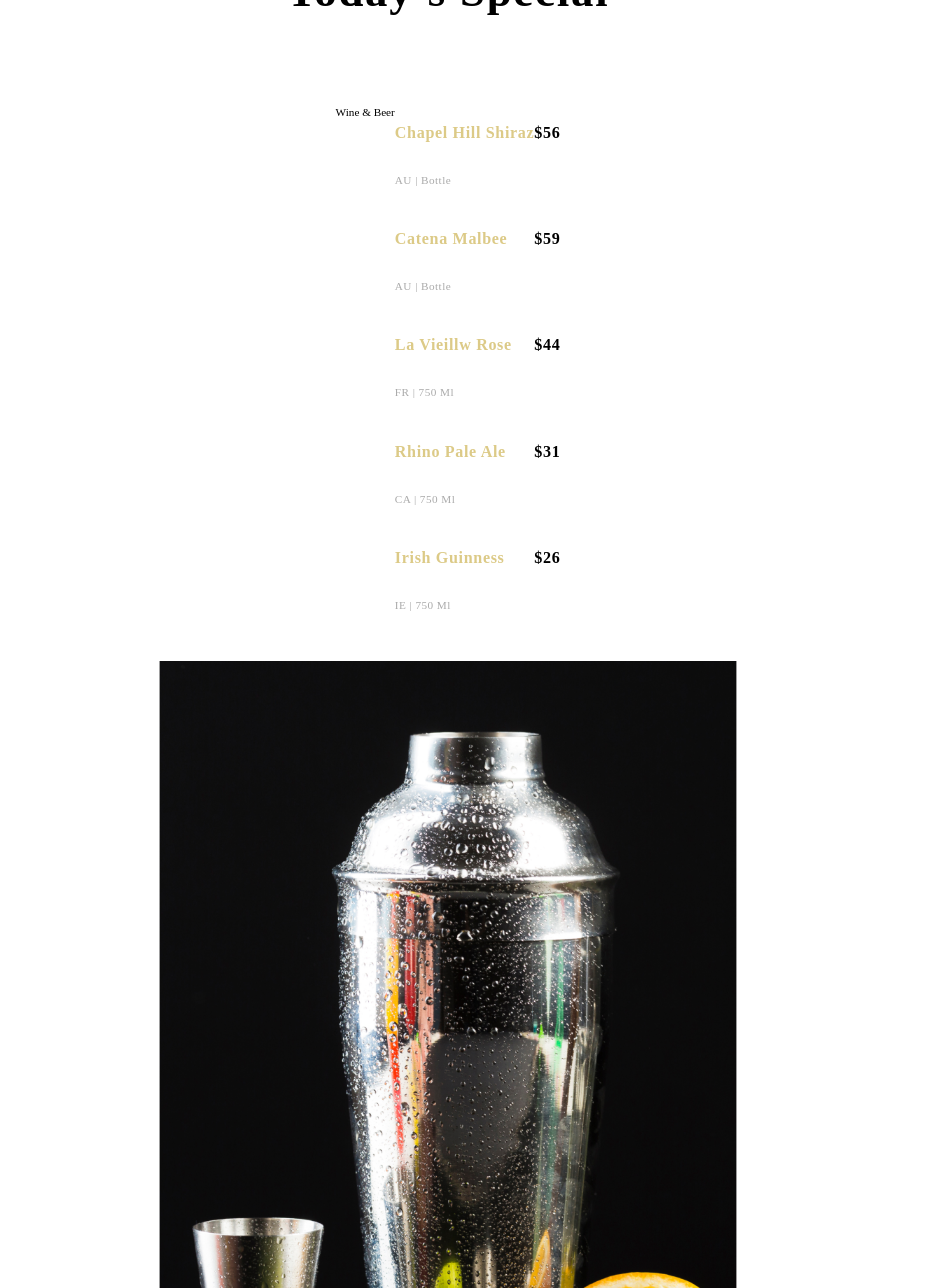
Repository: remydev47/restaurant
Page: /
An editor plug-in stored every save of this project. The page is shown before and after the next save, followed by the edit.
The browser window is 1280 px wide. The page is 1336 px wide, so the pictures cover 1336 px, including what lies to the right of the window. The pictures show the part of the page from y = 2643 to 4483 px (the page is 5930 px tall before and 5961 px after), at 70% of full size.
Backgrounds fixed to the window are drawn as part of the page. The project was rebuilt for these pictures with package versions that can differ from the ones it lists, and the page was loaded fresh each time. Also part of the build but not shown: src/container/Chef/Chef.css, src/components/Footer/Newsletter.jsx, src/components/Footer/FooterOverlay.jsx. Imported but missing from the stored project, and not drawn on this page: src/assets/meal.mp4.

Above is the page before, as saved 2022-03-16 08:11:01.

After the next save:
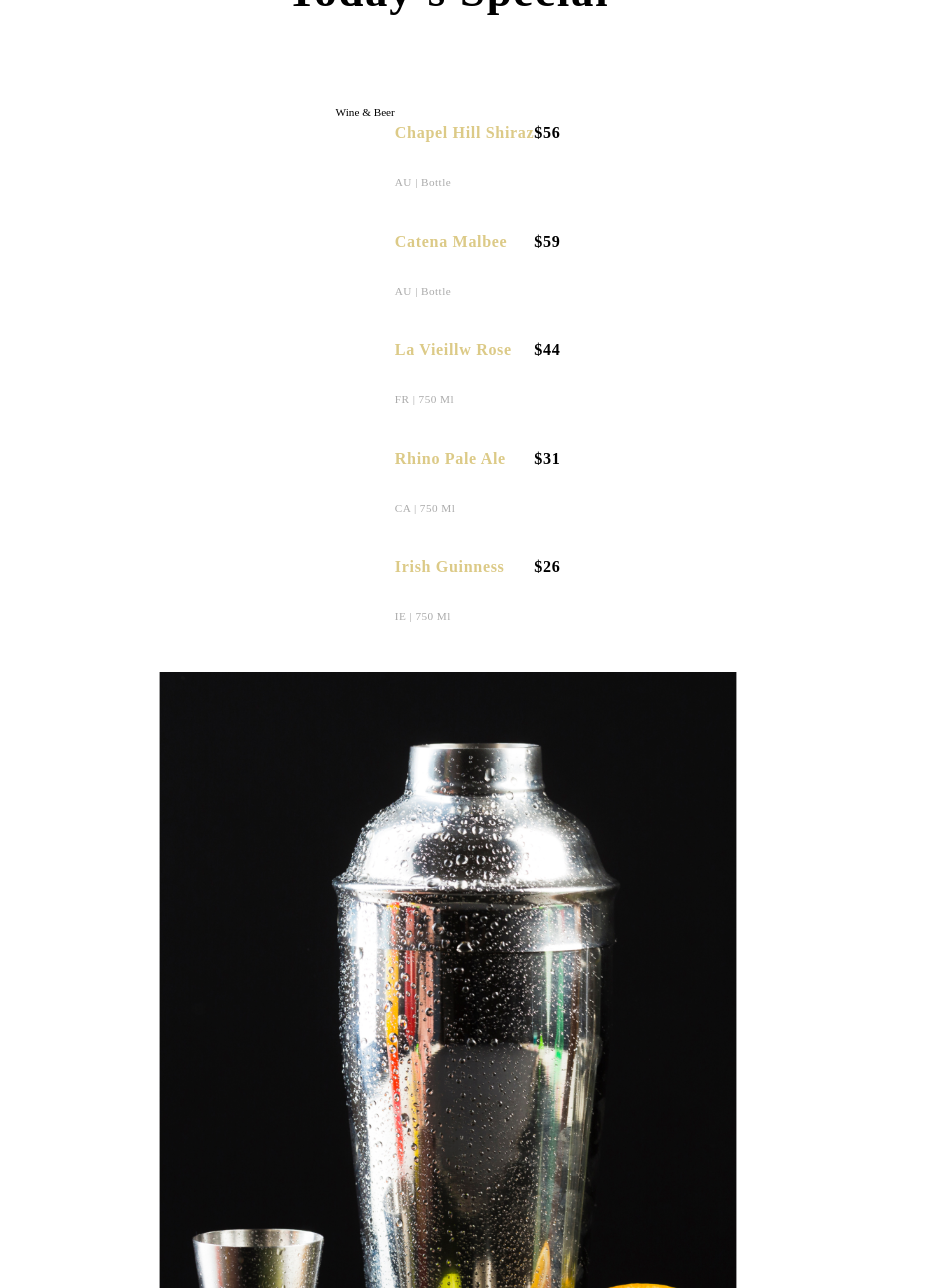
Saved 76 s later.
--- a/src/components/Menuitem/MenuItem.css
+++ b/src/components/Menuitem/MenuItem.css
@@ -11,3 +11,8 @@
     justify-content: space-between;
     align-items: center;
 }
+
+.app__menuitem-sub {
+    width: 100%;
+    margin-top: 0.2rem;
+}
